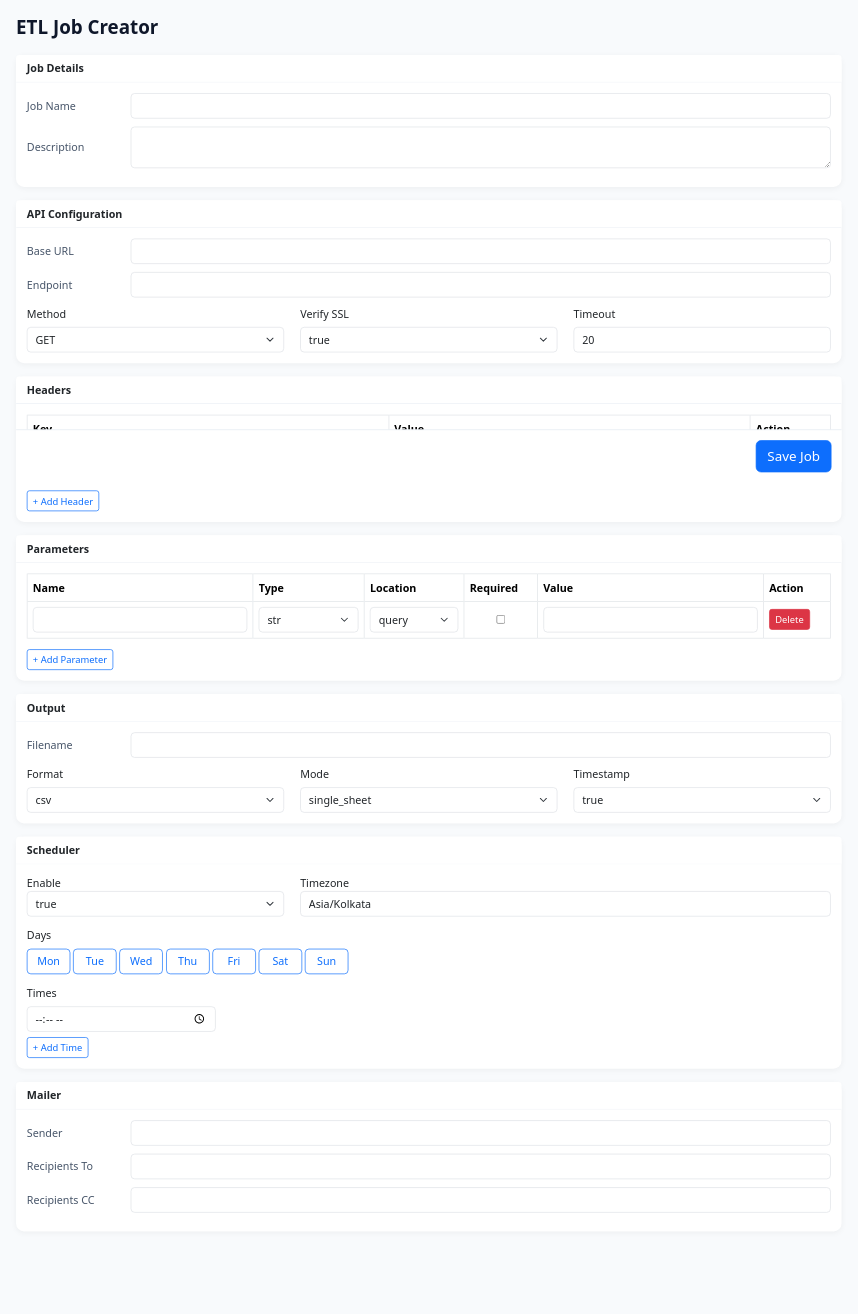
Repository: C0sCube/fetchapi
Page: example.html
These files come from the project's save history. The page is drawn as it stood at one moment and after the next save; the edit follows.
The browser window is 1280 px wide. The pictures show the whole page, at 67% of full size.

Above is the page before, as saved 2026-06-09 23:37:37.

After the next save:
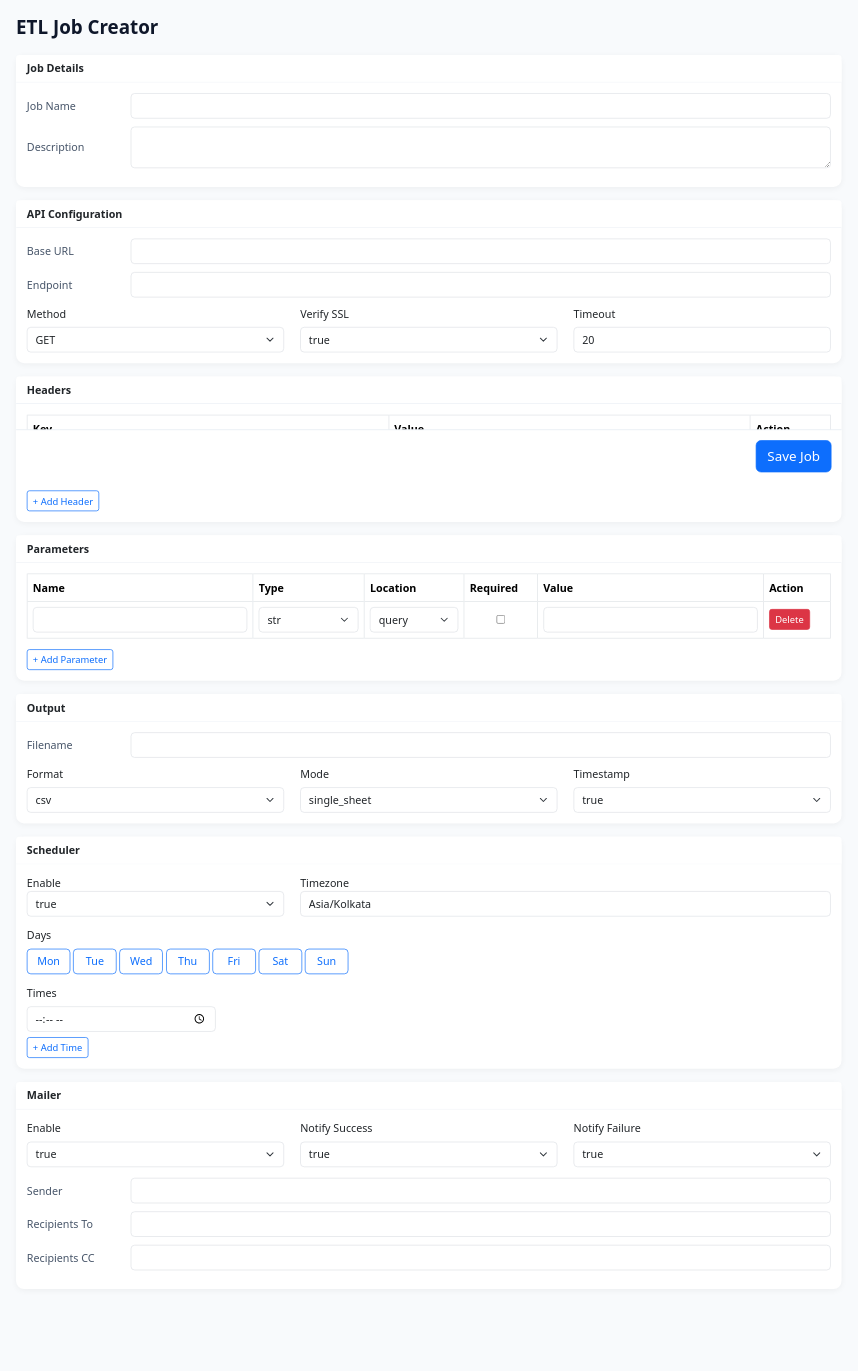
Saved 9 s later.
--- a/example.html
+++ b/example.html
@@ -439,7 +439,42 @@
 
             <div class="card-body">
 
-
+                <div class="row mb-3">
+
+                    <div class="col-md-4">
+                        <label class="form-label">
+                            Enable
+                        </label>
+
+                        <select class="form-select">
+                            <option>true</option>
+                            <option>false</option>
+                        </select>
+                    </div>
+
+                    <div class="col-md-4">
+                        <label class="form-label">
+                            Notify Success
+                        </label>
+
+                        <select class="form-select">
+                            <option>true</option>
+                            <option>false</option>
+                        </select>
+                    </div>
+
+                    <div class="col-md-4">
+                        <label class="form-label">
+                            Notify Failure
+                        </label>
+
+                        <select class="form-select">
+                            <option>true</option>
+                            <option>false</option>
+                        </select>
+                    </div>
+
+                </div>
 
                 <div class="form-row">
                     <label class="form-label-fixed">
